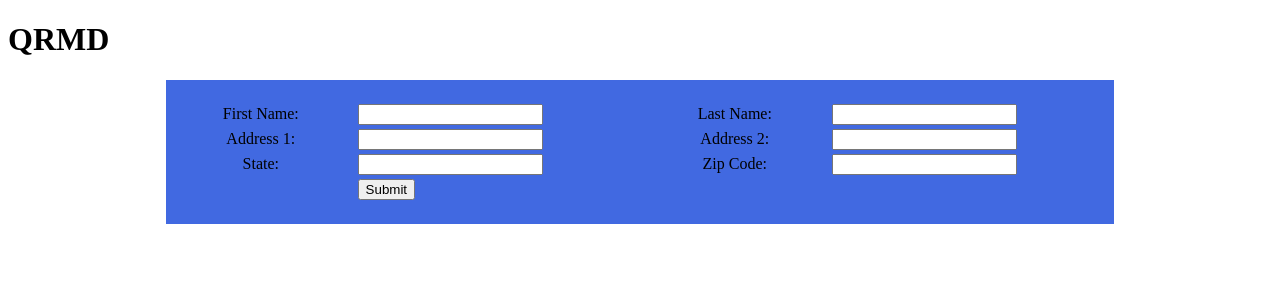
Repository: ImPickleRiiicck/QRMD
Page: http://localhost/QRMD/Pages/PatientInfoScreen.jsp
The author's editor kept a copy of each file at every save. The page is drawn from the files as they stood at one save, then again after the next save.
The browser window is 1280 px wide. The pictures show the whole page.
The page is served by Tomcat 9.

Above is the page before, as saved 2019-02-13 03:41:26.

After the next save:
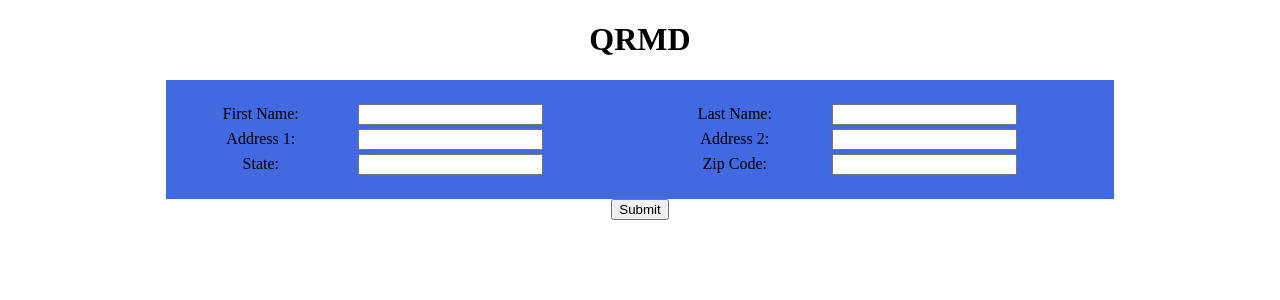
Saved 82 s later.
--- a/QRMD/WebContent/Pages/PatientInfoScreen.jsp
+++ b/QRMD/WebContent/Pages/PatientInfoScreen.jsp
@@ -13,10 +13,9 @@
     }
 </style>
             <body>
-
+                <font color="black" size="3">
+                    <div align="center">
                         <h1>QRMD</h1>
-                    <div align="center">
-                <font color="black" size="3">
                         <form action="qrmd.servlet.qrmdForm" method="post">
                             <table style="background-color: royalblue" align="center" width="75%" border="0" cellspacing="0" cellpadding="2">
                                 <tr>
@@ -45,18 +44,12 @@
                                 </tr>
                                 <tr>
                                     <td>&nbsp;</td>
-                                    <td><input type="submit" name="submit" value="Submit" onClick="submit"></td>
-                                    <td>&nbsp;</td>
-                                    <td>&nbsp;</td>
-                                </tr>
-                                <tr>
-                                    <td>&nbsp;</td>
                                     <td>&nbsp;</td>
                                 </tr>
                                 </table>
+                                    <td><input type="submit" name="submit" value="Submit" onClick="submit"></td>
                                 </form>
+                        </div>
                 </font>
-
-                        </div>
             </body>
 </html>
